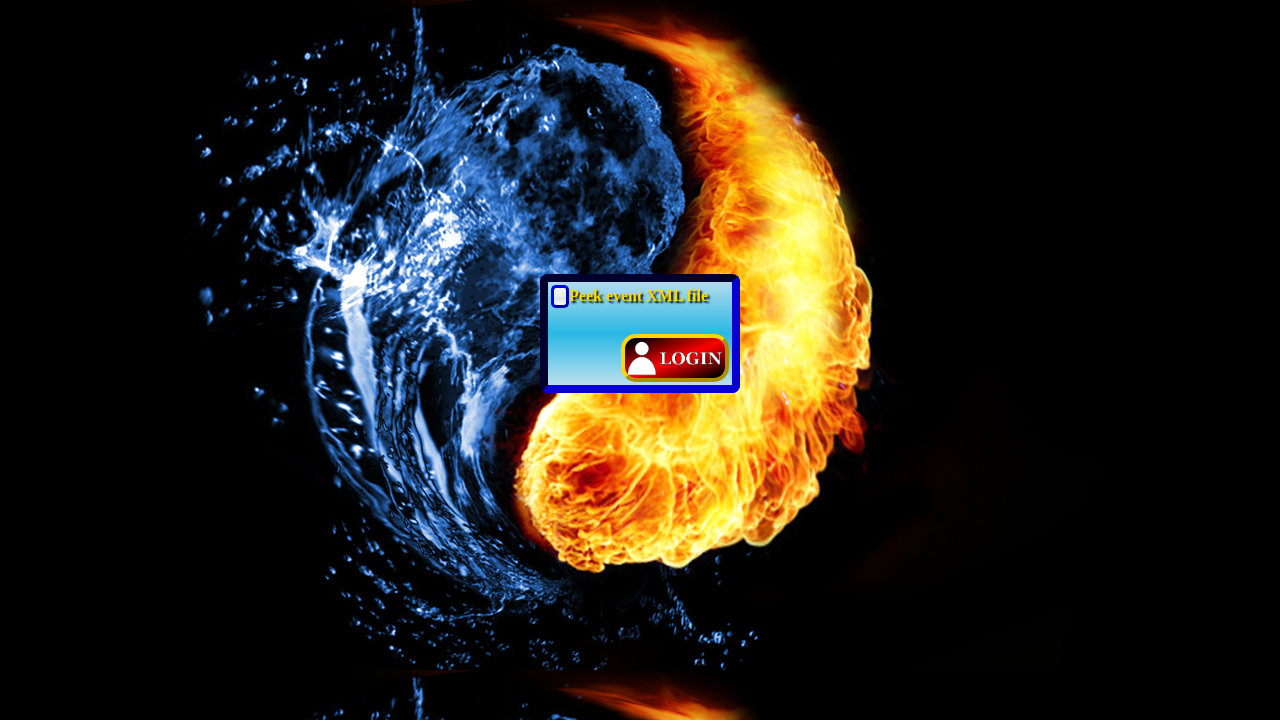
Repository: Albocoder/Event-handler
Page: loginBrain/WebContent/WEB-INF/adminPanel.html
An editor plug-in stored every save of this project. The page is shown before and after the next save, followed by the edit.
The browser window is 1280 px wide. The pictures show the whole page.

Above is the page before, as saved 2015-08-10 14:30:54.

After the next save:
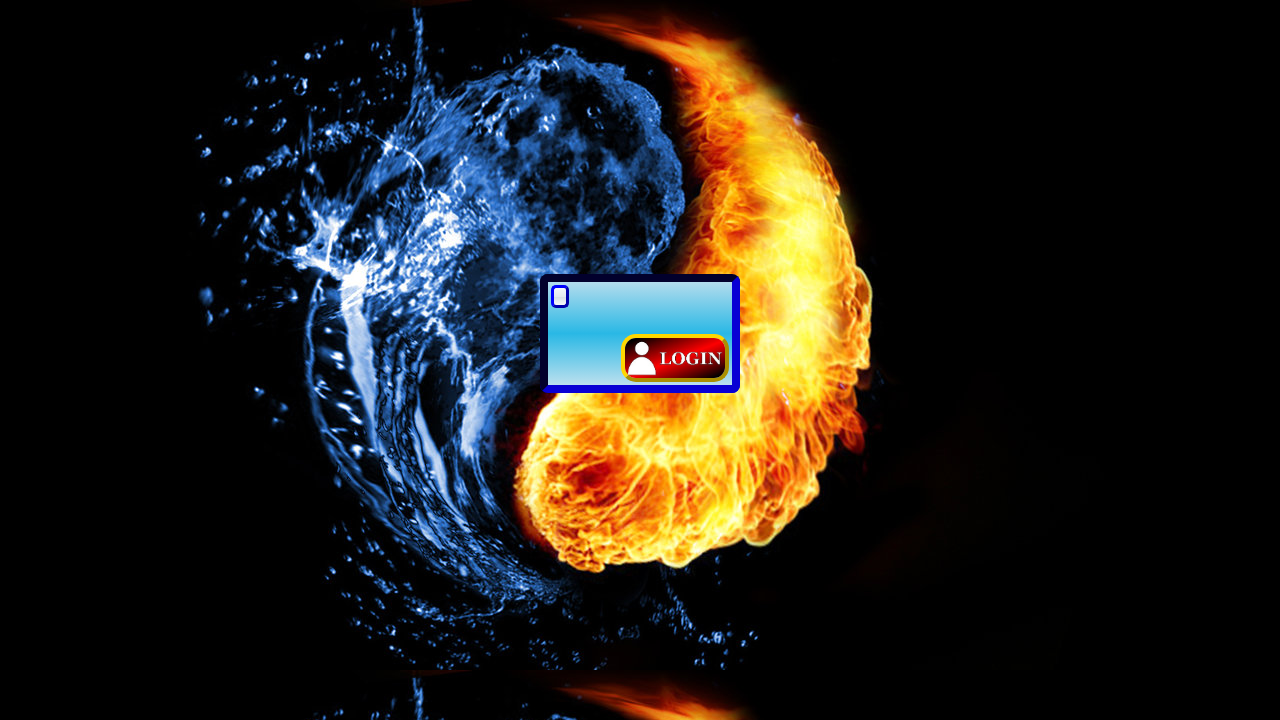
Saved 35 s later.
--- a/loginBrain/WebContent/WEB-INF/adminPanel.html
+++ b/loginBrain/WebContent/WEB-INF/adminPanel.html
@@ -54,7 +54,7 @@ input{
 <table>
 <br>
 <br>
-<tr><td><input name="un" type="button" />Peek event XML file</td></tr>
+<tr><td><input name="un" type="button" text="Peek event XML file"/></td></tr>
 <tr>
 <td colspan = "2">
 </tr>
